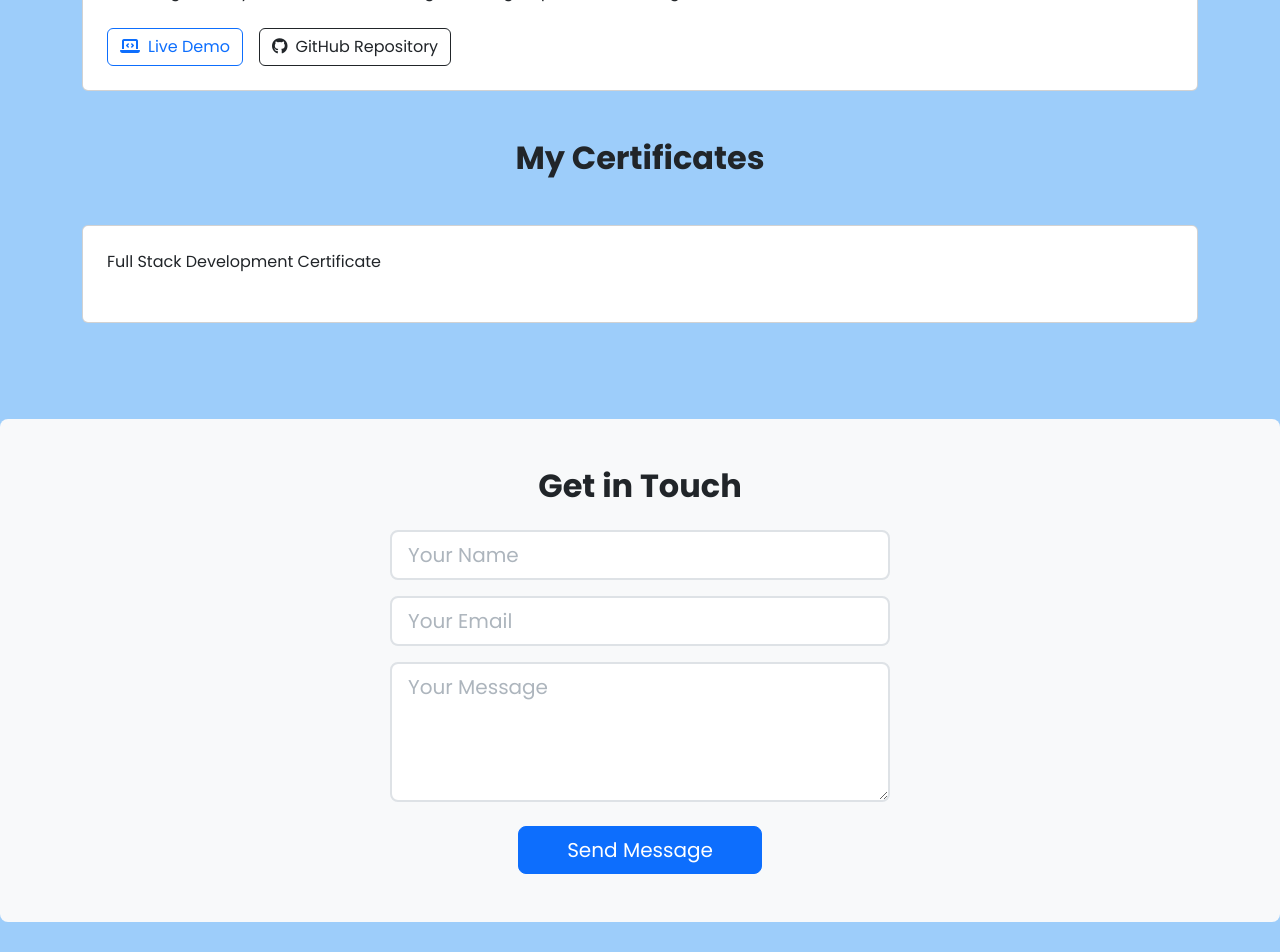
Repository: AdityaTech-Pro/Portfolio-Aditya-Verma
Page: Aditya Portfolio/index.html
These files come from the project's save history. The page is drawn as it stood at one moment and after the next save; the edit follows.
The browser window is 1280 px wide. The pictures show the part of the page from y = 4182 to 5134 px (the page is 5232 px tall before and 5807 px after).

Above is the page before, as saved 2026-01-08 00:42:01.

After the next save:
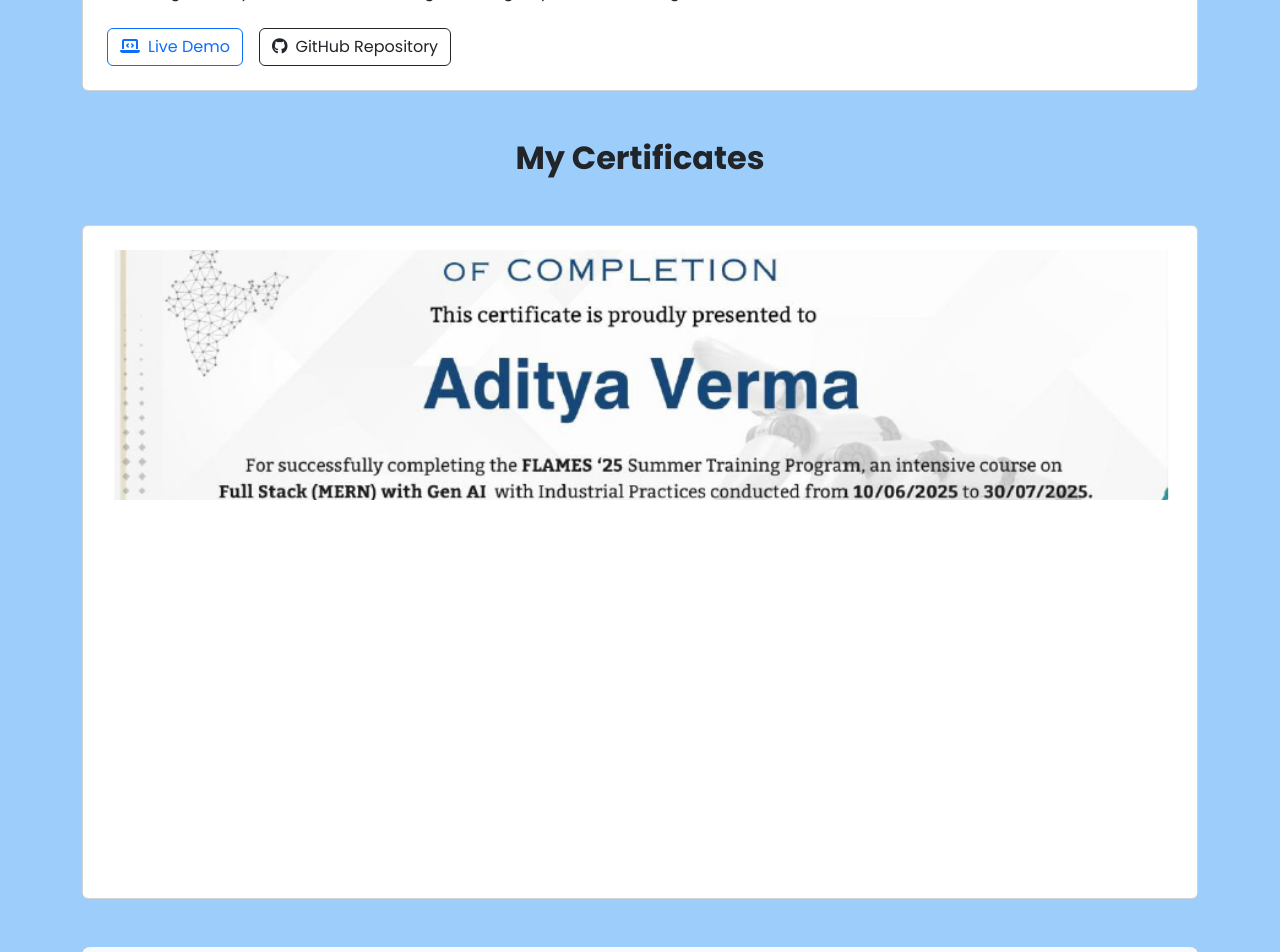
Saved 4 s later.
--- a/Aditya Portfolio/index.html
+++ b/Aditya Portfolio/index.html
@@ -373,55 +373,55 @@
             <div class="card project-card mb-5">
                 <div class="card-body p-4">
                     <!--Image-->
-                    <!--<div class="video-container mb-4">
+                    <div class="video-container mb-4">
                         <div class="video-container mb-8">
                             <img src="./assets/Full Stack Dev Certificate1.png" alt="Full Stack Development 1" class="project-img img-fluid w-100">
                         </div>
                         <!--Certificate name and Describtion-->
-                    <p class="card-text mb-4 ">
-                        Full Stack Development Certificate
-                    </p>
-                </div>
-
-
-            </div>
-    </div>
-    </section>
-
-    <!-- Contact Form Section -->
-    <section class="bg-light p-5 rounded-3 ">
-        <h2 class="text-center fw-bold mb-4 ">Get in Touch</h2>
-
-        <form class="max-width-500 mx-auto ">
-            <div class="mb-3 ">
-                <input type="text " class="form-control form-control-lg " placeholder="Your Name " required>
-            </div>
-
-            <div class="mb-3 ">
-                <input type="email " class="form-control form-control-lg " placeholder="Your Email " required>
-            </div>
-
-            <div class="mb-4 ">
-                <textarea class="form-control form-control-lg " rows="4 " placeholder="Your Message " required></textarea>
-            </div>
-
-            <div class="text-center ">
-                <button type="submit " class="btn btn-primary btn-lg px-5 btn-custom ">
+                        <p class="card-text mb-4 ">
+                            Full Stack Development Certificate
+                        </p>
+                    </div>
+
+
+                </div>
+            </div>
+        </section>
+
+        <!-- Contact Form Section -->
+        <section class="bg-light p-5 rounded-3 ">
+            <h2 class="text-center fw-bold mb-4 ">Get in Touch</h2>
+
+            <form class="max-width-500 mx-auto ">
+                <div class="mb-3 ">
+                    <input type="text " class="form-control form-control-lg " placeholder="Your Name " required>
+                </div>
+
+                <div class="mb-3 ">
+                    <input type="email " class="form-control form-control-lg " placeholder="Your Email " required>
+                </div>
+
+                <div class="mb-4 ">
+                    <textarea class="form-control form-control-lg " rows="4 " placeholder="Your Message " required></textarea>
+                </div>
+
+                <div class="text-center ">
+                    <button type="submit " class="btn btn-primary btn-lg px-5 btn-custom ">
                         Send Message
                     </button>
-            </div>
-        </form>
-    </section>
-
-    <!-- Footer -->
-    <footer class="text-center mt-5 ">
-        <div class="d-flex justify-content-center gap-3 ">
-            <a href="https://www.linkedin.com/in/aditya-verma-2a3915289/ " class="text-decoration-none text-dark ">LinkedIn</a>
-            <a href="https://github.com/AdityaTech-Pro " class="text-decoration-none text-dark ">GitHub</a>
-            <a href="# " class="text-decoration-none text-dark "></a>
-        </div>
-        <p class="text-muted mt-3 ">&copy; 2025 My Portfolio. All rights reserved.</p>
-    </footer>
+                </div>
+            </form>
+        </section>
+
+        <!-- Footer -->
+        <footer class="text-center mt-5 ">
+            <div class="d-flex justify-content-center gap-3 ">
+                <a href="https://www.linkedin.com/in/aditya-verma-2a3915289/ " class="text-decoration-none text-dark ">LinkedIn</a>
+                <a href="https://github.com/AdityaTech-Pro " class="text-decoration-none text-dark ">GitHub</a>
+                <a href="# " class="text-decoration-none text-dark "></a>
+            </div>
+            <p class="text-muted mt-3 ">&copy; 2025 My Portfolio. All rights reserved.</p>
+        </footer>
     </div>
 
     <!-- Theme toggle script -->
